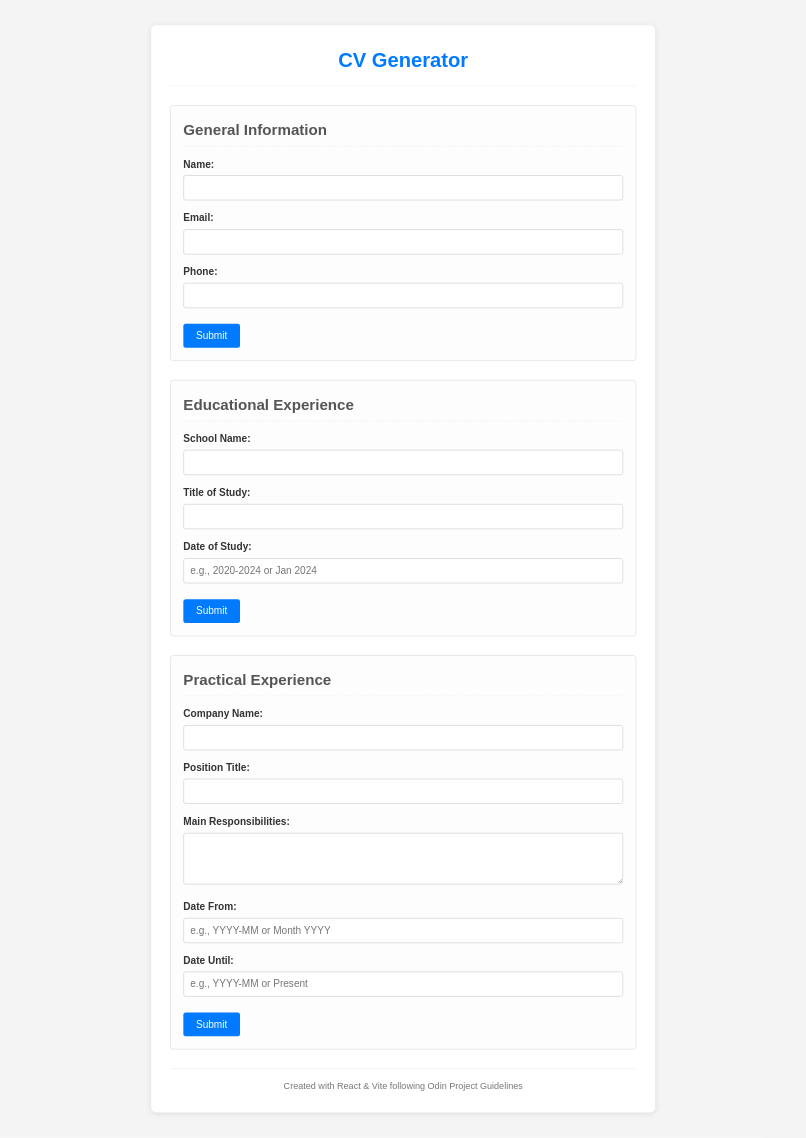
Repository: gkintu/odin-my-cv-app
Page: /
The author's editor kept a copy of each file at every save. The page is drawn from the files as they stood at one save, then again after the next save.
The browser window is 1280 px wide. The pictures show the whole page, at 63% of full size.
The project was rebuilt for these pictures with package versions that can differ from the ones it lists, and the page was loaded fresh each time. Also part of the build but not shown: vite.config.js.

Above is the page before, as saved 2025-04-08 08:56:49.

### src/index.css

* {
  box-sizing: border-box;
  margin: 0;
  padding: 0;
}

body {
  font-family: sans-serif; /* Use a common sans-serif font */
  line-height: 1.6; /* Improve readability */
  background-color: #f4f4f4; /* Light grey background */
  color: #333; /* Dark grey text */
  padding: 20px; /* Add some padding around the whole page */
}

### src/App.jsx
// src/App.jsx

import React from 'react'; // Keep React import if you use JSX only
import GeneralInfo from './components/GeneralInfo'; // Import the General Info component
import Education from './components/Education'; // Import the Education component
import Experience from './components/Experience'; // Import the Experience component
import './styles/App.css'; // Import main App styles

function App() {
  return (
    <div className="app-container"> {/* Main container for the app */}
      <header> {/* Simple header */}
        <h1>CV Generator</h1>
      </header>
      <main> {/* Main content area */}
        {/* Render each section component */}
        <GeneralInfo />
        <Education />
        <Experience />
      </main>
      <footer> {/* Simple footer */}
        <p>Created with React & Vite following Odin Project Guidelines</p>
      </footer>
    </div>
  );
}

export default App;

### src/components/GeneralInfo.jsx
import React, { useState } from 'react';
import '../styles/Forms.css';

function GeneralInfo() {
    // State variable to track if we are in "edit" mode or "display" mode
    const [isEditing, setIsEditing] = useState(true); // Start in editing mode by default

    // State variables to hold the input field values
    const [name, setName] = useState(''); // State for the name input
    const [email, setEmail] = useState(''); // State for the email input
    const [phone, setPhone] = useState(''); // State for the phone input

    // Function to handle form submission
    const handleSubmit = (event) => {
      event.preventDefault(); // Prevent the default form submission behavior (page reload)
      setIsEditing(false); // Switch to display mode after submitting
      console.log("Form submitted:", { name, email, phone }); // Log submitted data (optional)
    };

    // Function to handle clicking the "Edit" button
    const handleEdit = () => {
      setIsEditing(true); // Switch back to editing mode
    };

      // If we are in "editing" mode, render the form
  if (isEditing) {
    return (
      <section className="general-info-edit"> {/* Add a class for styling */}
        <h2>General Information</h2>
        <form onSubmit={handleSubmit}> {/* Call handleSubmit when the form is submitted */}
          <div>
            <label htmlFor="name">Name: </label> {/* Label for the name input */}
            <input
              type="text" // Input type is text
              id="name" // Connect label and input
              value={name} // Controlled component: input value is tied to state
              onChange={(e) => setName(e.target.value)} // Update state when input changes
              required // Make the field required
            />
          </div>
          <div>
            <label htmlFor="email">Email: </label> {/* Label for the email input */}
            <input
              type="email" // Input type is email (provides basic validation)
              id="email" // Connect label and input
              value={email} // Controlled component: input value is tied to state
              onChange={(e) => setEmail(e.target.value)} // Update state when input changes
              required // Make the field required
            />
          </div>
          <div>
            <label htmlFor="phone">Phone: </label> {/* Label for the phone input */}
            <input
              type="tel" // Input type is telephone (semantic)
              id="phone" // Connect label and input
              value={phone} // Controlled component: input value is tied to state
              onChange={(e) => setPhone(e.target.value)} // Update state when input changes
              // Optional: add pattern attribute for specific phone formats if needed
            />
          </div>
          <button type="submit">Submit</button> {/* Button to trigger form submission */}
        </form>
      </section>
    );
  }

  // If we are NOT in "editing" mode, render the display view
  return (
    <section className="general-info-display"> {/* Add a class for styling */}
      <h2>General Information</h2>
      <p><strong>Name:</strong> {name}</p> {/* Display the submitted name */}
      <p><strong>Email:</strong> {email}</p> {/* Display the submitted email */}
      <p><strong>Phone:</strong> {phone}</p> {/* Display the submitted phone */}
      <button onClick={handleEdit}>Edit</button> {/* Button to switch back to edit mode */}
    </section>
  );
}

export default GeneralInfo; // Export the component so App.jsx can import it

### src/components/Education.jsx
import React, { useState } from 'react'; // Import React and useState
import '../styles/Forms.css'; // Import component-specific styles

function Education() {
  // State for edit mode for this section
  const [isEditing, setIsEditing] = useState(true); // Default to editing mode

  // State for the education details
  const [schoolName, setSchoolName] = useState(''); // State for school name
  const [titleOfStudy, setTitleOfStudy] = useState(''); // State for title of study
  const [dateOfStudy, setDateOfStudy] = useState(''); // State for date of study

  // Handle form submission for this section
  const handleSubmit = (event) => {
    event.preventDefault(); // Stop page reload
    setIsEditing(false); // Go to display mode
    console.log("Education submitted:", { schoolName, titleOfStudy, dateOfStudy }); // Optional log
  };

  // Handle edit button click for this section
  const handleEdit = () => {
    setIsEditing(true); // Go back to edit mode
  };

  // Render edit form if isEditing is true
  if (isEditing) {
    return (
      <section className="education-edit"> {/* Class for styling */}
        <h2>Educational Experience</h2>
        <form onSubmit={handleSubmit}> {/* Submit handler */}
          <div>
            <label htmlFor="schoolName">School Name: </label> {/* School name label */}
            <input
              type="text" // Text input
              id="schoolName" // Link to label
              value={schoolName} // Controlled input
              onChange={(e) => setSchoolName(e.target.value)} // Update state
              required // Required field
            />
          </div>
          <div>
            <label htmlFor="titleOfStudy">Title of Study: </label> {/* Title label */}
            <input
              type="text" // Text input
              id="titleOfStudy" // Link to label
              value={titleOfStudy} // Controlled input
              onChange={(e) => setTitleOfStudy(e.target.value)} // Update state
              required // Required field
            />
          </div>
          <div>
            <label htmlFor="dateOfStudy">Date of Study: </label> {/* Date label */}
            <input
              type="text" // Using text for flexibility (could use date type)
              // Consider type="month" or two type="date" inputs for start/end
              id="dateOfStudy" // Link to label
              value={dateOfStudy} // Controlled input
              onChange={(e) => setDateOfStudy(e.target.value)} // Update state
              placeholder="e.g., 2020-2024 or Jan 2024" // Example for user
            />
          </div>
          <button type="submit">Submit</button> {/* Submit button */}
        </form>
      </section>
    );
  }

  // Render display view if isEditing is false
  return (
    <section className="education-display"> {/* Class for styling */}
      <h2>Educational Experience</h2>
      <p><strong>School:</strong> {schoolName}</p> {/* Display school name */}
      <p><strong>Title:</strong> {titleOfStudy}</p> {/* Display title */}
      <p><strong>Date:</strong> {dateOfStudy}</p> {/* Display date */}
      <button onClick={handleEdit}>Edit</button> {/* Edit button */}
    </section>
  );
}

export default Education; // Export the component

### src/components/Experience.jsx
// src/components/Experience.jsx

import React, { useState } from 'react'; // Import React and useState
import '../styles/Forms.css'; // Import component styles

function Experience() {
  // State for edit mode
  const [isEditing, setIsEditing] = useState(true); // Default to editing

  // State for experience details
  const [companyName, setCompanyName] = useState(''); // State for company name
  const [positionTitle, setPositionTitle] = useState(''); // State for position title
  const [responsibilities, setResponsibilities] = useState(''); // State for responsibilities
  const [dateFrom, setDateFrom] = useState(''); // State for start date
  const [dateUntil, setDateUntil] = useState(''); // State for end date

  // Handle form submission
  const handleSubmit = (event) => {
    event.preventDefault(); // Prevent page reload
    setIsEditing(false); // Switch to display mode
    console.log("Experience submitted:", { companyName, positionTitle, responsibilities, dateFrom, dateUntil });
  };

  // Handle edit button click
  const handleEdit = () => {
    setIsEditing(true); // Switch back to editing mode
  };

  // Render edit form if isEditing
  if (isEditing) {
    return (
      <section className="experience-edit"> {/* Styling class */}
        <h2>Practical Experience</h2>
        <form onSubmit={handleSubmit}> {/* Submit handler */}
          <div>
            <label htmlFor="companyName">Company Name: </label> {/* Company label */}
            <input
              type="text" // Text input
              id="companyName" // Link to label
              value={companyName} // Controlled input
              onChange={(e) => setCompanyName(e.target.value)} // Update state
              required // Required field
            />
          </div>
          <div>
            <label htmlFor="positionTitle">Position Title: </label> {/* Position label */}
            <input
              type="text" // Text input
              id="positionTitle" // Link to label
              value={positionTitle} // Controlled input
              onChange={(e) => setPositionTitle(e.target.value)} // Update state
              required // Required field
            />
          </div>
          <div>
            <label htmlFor="responsibilities">Main Responsibilities: </label> {/* Responsibilities label */}
            <textarea // Use a textarea for longer text
              id="responsibilities" // Link to label
              value={responsibilities} // Controlled input
              onChange={(e) => setResponsibilities(e.target.value)} // Update state
              rows="4" // Suggest initial height
            />
          </div>
          <div>
            <label htmlFor="dateFrom">Date From: </label> {/* Start date label */}
            <input
              type="text" // Use text for flexibility (e.g., "Jan 2022") or type="month"
              id="dateFrom" // Link to label
              value={dateFrom} // Controlled input
              onChange={(e) => setDateFrom(e.target.value)} // Update state
              placeholder="e.g., YYYY-MM or Month YYYY"
            />
          </div>
          <div>
            <label htmlFor="dateUntil">Date Until: </label> {/* End date label */}
            <input
              type="text" // Use text for flexibility (e.g., "Present") or type="month"
              id="dateUntil" // Link to label
              value={dateUntil} // Controlled input
              onChange={(e) => setDateUntil(e.target.value)} // Update state
              placeholder="e.g., YYYY-MM or Present"
            />
          </div>
          <button type="submit">Submit</button> {/* Submit button */}
        </form>
      </section>
    );
  }

  // Render display view if not editing
  return (
    <section className="experience-display"> {/* Styling class */}
      <h2>Practical Experience</h2>
      <p><strong>Company:</strong> {companyName}</p> {/* Display company */}
      <p><strong>Position:</strong> {positionTitle}</p> {/* Display position */}
      <p><strong>Responsibilities:</strong> {responsibilities}</p> {/* Display responsibilities */}
      <p><strong>Dates:</strong> {dateFrom} - {dateUntil}</p> {/* Display dates */}
      <button onClick={handleEdit}>Edit</button> {/* Edit button */}
    </section>
  );
}

export default Experience; // Export component

### src/styles/App.css
/* src/styles/App.css */

.app-container {
    max-width: 800px; /* Limit the maximum width */
    margin: 20px auto; /* Center the container horizontally */
    background-color: #fff; /* White background for the main content */
    padding: 30px; /* Padding inside the container */
    border-radius: 8px; /* Rounded corners */
    box-shadow: 0 2px 10px rgba(0, 0, 0, 0.1); /* Subtle shadow */
  }

  .app-container header {
    text-align: center; /* Center the heading */
    margin-bottom: 30px; /* Space below the header */
    padding-bottom: 15px; /* Space within the header */
    border-bottom: 1px solid #eee; /* Separator line */
  }

  .app-container h1 {
      color: #007bff; /* A blue color for the main title */
  }

  .app-container main section {
    margin-bottom: 30px; /* Space between sections */
    padding: 20px; /* Padding within each section */
    border: 1px solid #ddd; /* Border around each section */
    border-radius: 5px; /* Rounded corners for sections */
    background-color: #fdfdfd; /* Slightly off-white background for sections */
  }

  .app-container main section h2 {
      margin-bottom: 15px; /* Space below section headings */
      color: #555; /* Darker grey for section titles */
      border-bottom: 1px dashed #eee; /* Dashed line under section title */
      padding-bottom: 5px; /* Space below the dashed line */
  }


  .app-container footer {
    text-align: center; /* Center footer text */
    margin-top: 30px; /* Space above the footer */
    padding-top: 15px; /* Space within the footer */
    border-top: 1px solid #eee; /* Separator line */
    font-size: 0.9em; /* Smaller font size */
    color: #777; /* Grey color for footer text */
  }

### src/styles/Forms.css

.general-info-edit form div,
.education-edit form div, /* Target divs in other forms too if sharing */
.experience-edit form div {
  margin-bottom: 15px; /* Space between form fields */
}

.general-info-edit label,
.education-edit label,
.experience-edit label {
  display: block; /* Make labels take their own line */
  margin-bottom: 5px; /* Space between label and input */
  font-weight: bold; /* Make labels bold */
  color: #333;
}

.general-info-edit input[type="text"],
.general-info-edit input[type="email"],
.general-info-edit input[type="tel"],
.education-edit input[type="text"],
.experience-edit input[type="text"],
.experience-edit textarea {
  width: 100%; /* Make inputs take full width */
  padding: 10px; /* Padding inside inputs */
  border: 1px solid #ccc; /* Border for inputs */
  border-radius: 4px; /* Rounded corners for inputs */
  font-size: 1em; /* Standard font size */
}

.general-info-edit textarea,
.experience-edit textarea {
    resize: vertical; /* Allow vertical resizing only */
}


.general-info-edit button[type="submit"],
.education-edit button[type="submit"],
.experience-edit button[type="submit"],
.general-info-display button, /* Style edit buttons too */
.education-display button,
.experience-display button {
  background-color: #007bff; /* Blue background */
  color: white; /* White text */
  padding: 10px 20px; /* Padding */
  border: none; /* No border */
  border-radius: 4px; /* Rounded corners */
  cursor: pointer; /* Pointer cursor on hover */
  font-size: 1em; /* Standard font size */
  margin-top: 10px; /* Space above the button */
  transition: background-color 0.2s ease; /* Smooth transition on hover */
}

.general-info-edit button[type="submit"]:hover,
.education-edit button[type="submit"]:hover,
.experience-edit button[type="submit"]:hover,
.general-info-display button:hover,
.education-display button:hover,
.experience-display button:hover {
  background-color: #0056b3; /* Darker blue on hover */
}

/* Styles for the display sections */
.general-info-display p,
.education-display p,
.experience-display p {
    margin-bottom: 10px; /* Space between paragraphs */
    line-height: 1.5; /* Ensure good line spacing */
}

 .general-info-display p strong,
 .education-display p strong,
 .experience-display p strong {
    color: #111; /* Slightly darker color for labels */
    margin-right: 8px; /* Space after the bold label */
 }

Loaded but not shown: index.html (common file); src/main.jsx (common file)

After the next save:
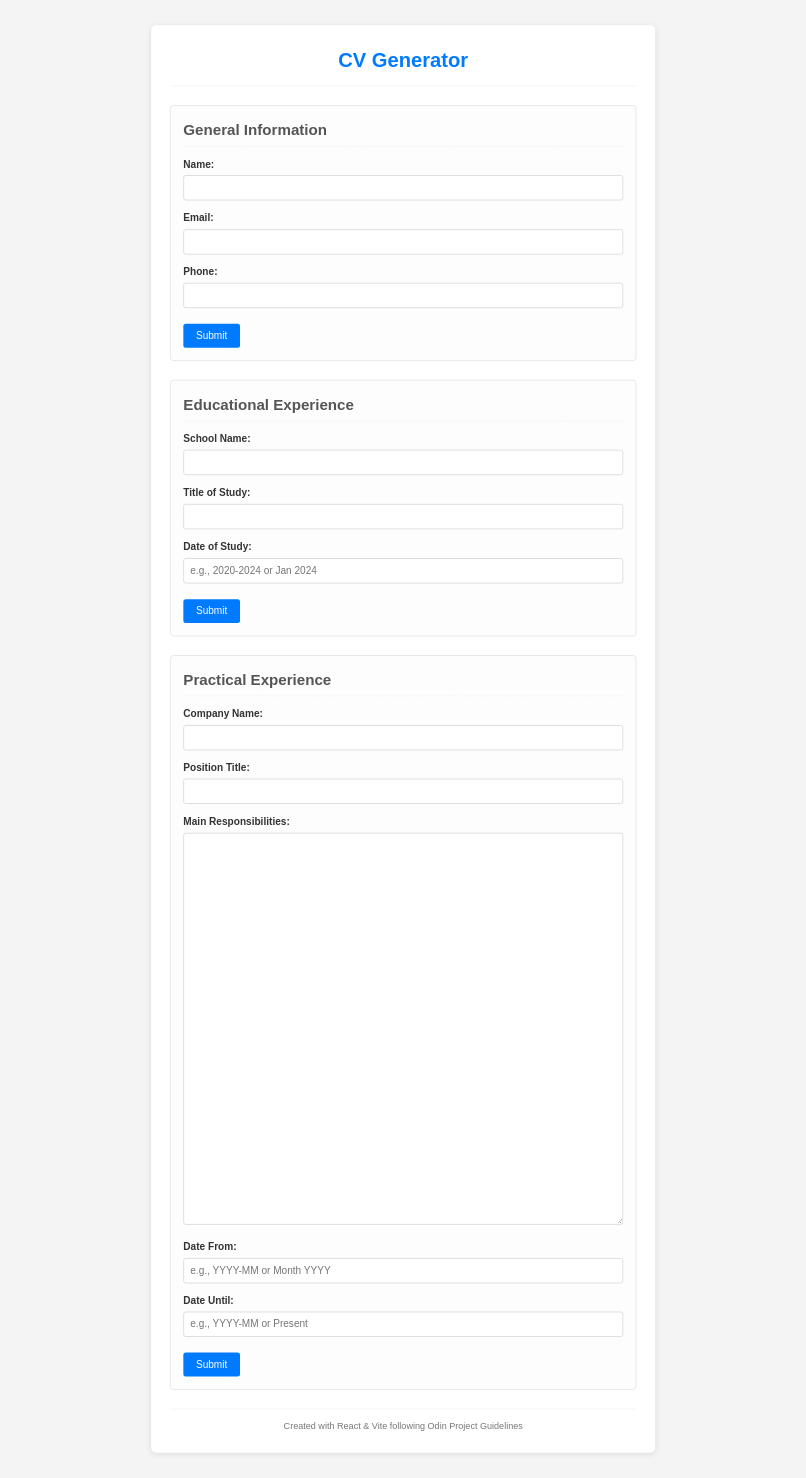
Saved 102 s later.
--- a/src/components/Experience.jsx
+++ b/src/components/Experience.jsx
@@ -58,7 +58,7 @@
               id="responsibilities" // Link to label
               value={responsibilities} // Controlled input
               onChange={(e) => setResponsibilities(e.target.value)} // Update state
-              rows="4" // Suggest initial height
+              rows="40" // Suggest initial height
             />
           </div>
           <div>

After the save that followed:
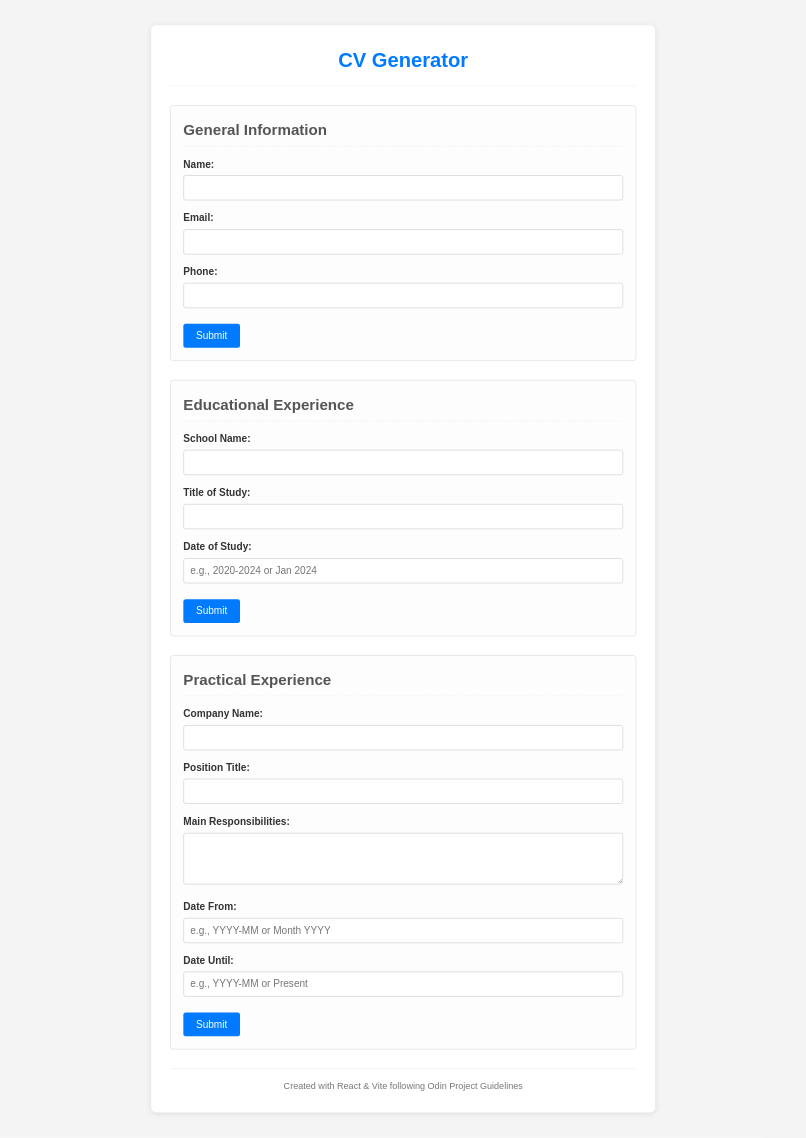
Saved 7 s later.
--- a/src/components/Experience.jsx
+++ b/src/components/Experience.jsx
@@ -58,7 +58,7 @@
               id="responsibilities" // Link to label
               value={responsibilities} // Controlled input
               onChange={(e) => setResponsibilities(e.target.value)} // Update state
-              rows="40" // Suggest initial height
+              rows="4" // Suggest initial height
             />
           </div>
           <div>
